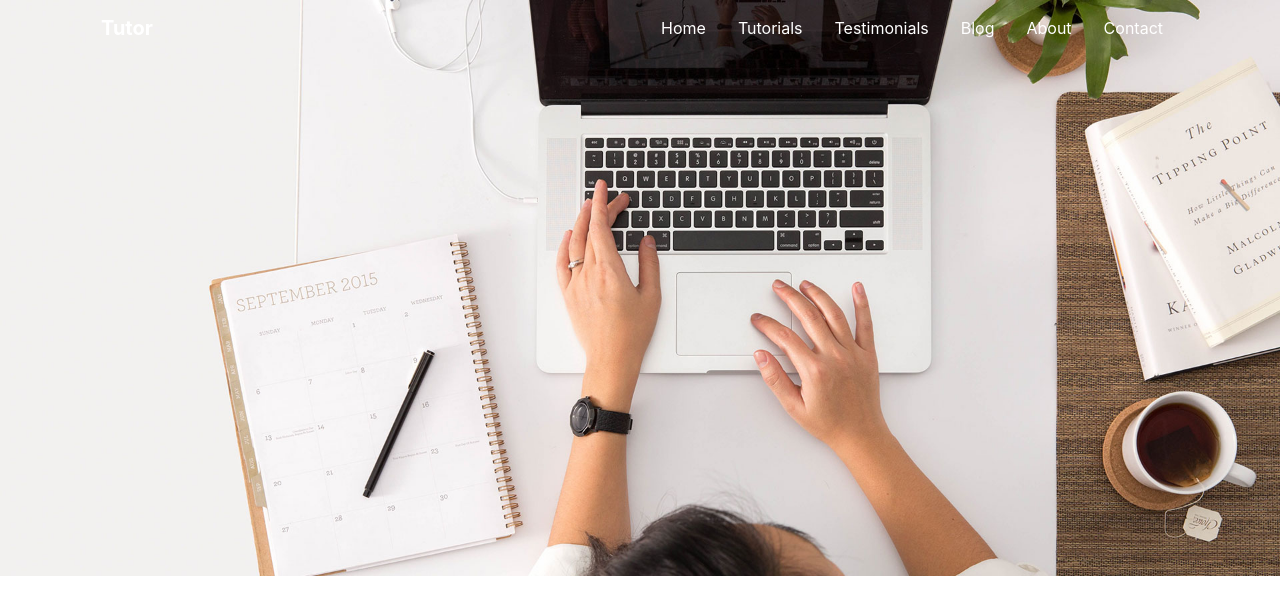
Repository: longvh2003/Tutor
Page: Views/home.html
An editor plug-in stored every save of this project. The page is shown before and after the next save, followed by the edit.
The browser window is 1280 px wide. The pictures show the whole page.
Some web libraries are served in a nearby version.

Above is the page before, as saved 2020-08-12 16:15:28.

After the next save:
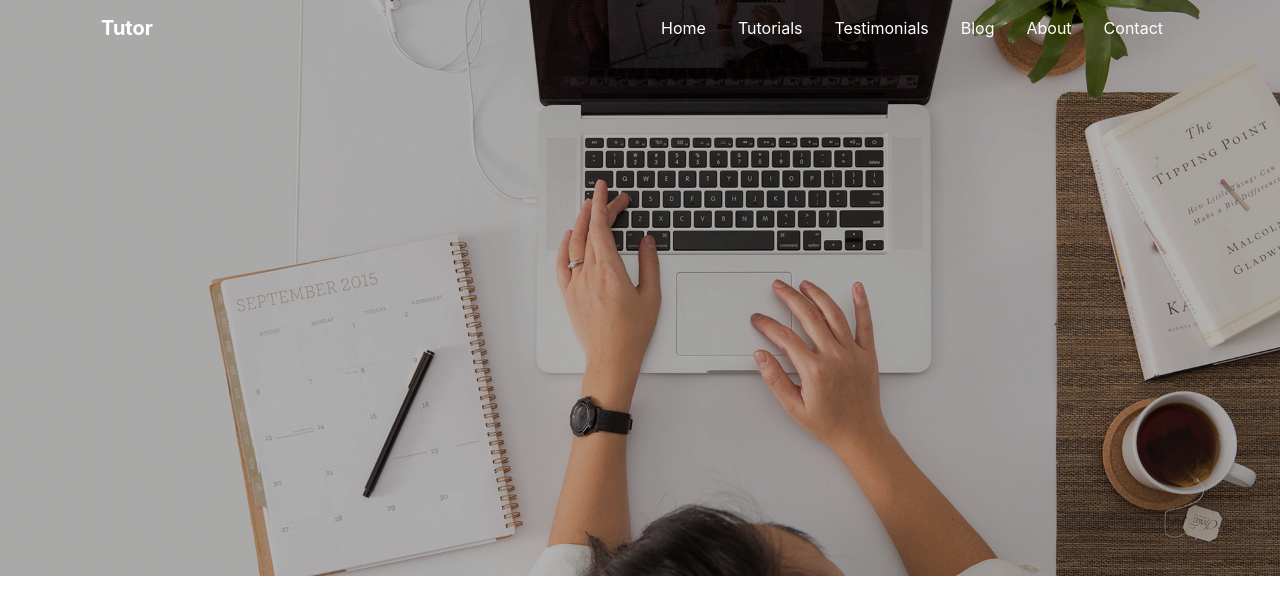
Saved 28 s later.
--- a/Css/home.css
+++ b/Css/home.css
@@ -12,4 +12,5 @@ body {
     position: absolute;
     width: 100%;
     height: 36rem;
+    background: rgba(0, 0, 0, 0.3);
 }
